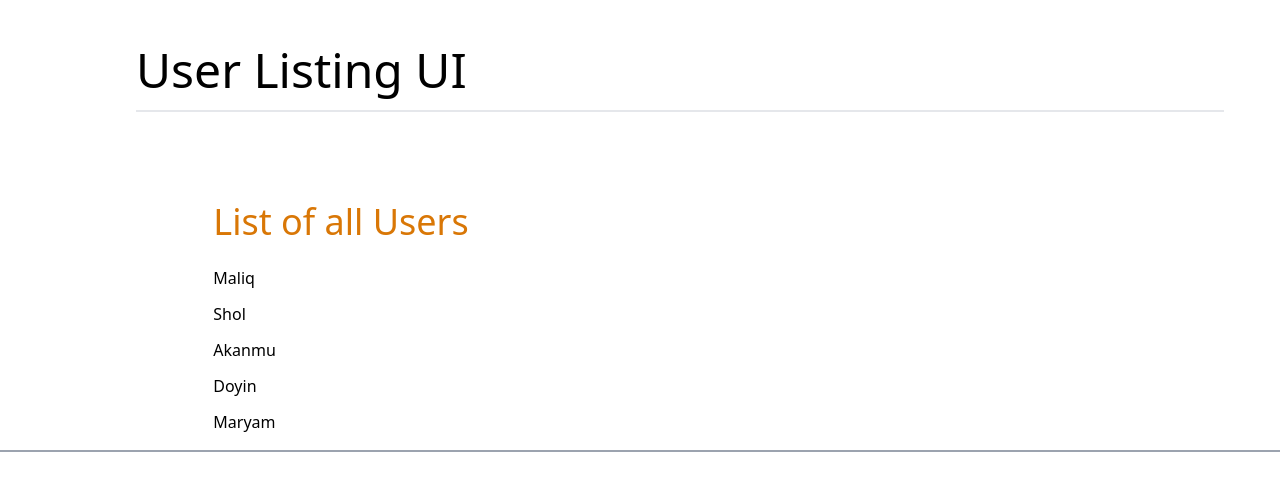
Repository: Marlstergo/listings
Page: / (app in client/)
These files come from the project's save history. The page is drawn as it stood at one moment and after the next save; the edit follows.
The browser window is 1280 px wide. The pictures show the whole page.
The project was rebuilt for these pictures with package versions that can differ from the ones it lists, and the page was loaded fresh each time. Also part of the build but not shown: client/craco.config.js, client/src/components/Loader.js, client/src/components/Order.js, client/src/components/Modal.js. Imported but missing from the stored project, and not drawn on this page: client/src/components/Base, client/src/components/Toppings.

Above is the page before, as saved 2021-07-20 23:40:13.

### client/src/index.js
/* eslint-disable no-unused-vars */
import React from "react";
import ReactDOM from "react-dom";
import "./index.css";
import App from "./App";
import reportWebVitals from "./reportWebVitals";
import { BrowserRouter } from "react-router-dom";
import { Provider } from "react-redux";
import { store } from "./redux/store";
import { PersistGate } from "redux-persist/integration/react";
import { persistor } from "./redux/store";

ReactDOM.render(
  <React.StrictMode>
    <Provider store={store}>
      <BrowserRouter>
        <PersistGate persistor={persistor}>
          <App />
        </PersistGate>
      </BrowserRouter>
    </Provider>
  </React.StrictMode>,
  document.getElementById("root")
);

// If you want to start measuring performance in your app, pass a function
// to log results (for example: reportWebVitals(console.log))
// or send to an analytics endpoint. Learn more: https://bit.ly/CRA-vitals
reportWebVitals();

### client/src/App.js
import React, { useState } from 'react';
import { Route, Switch, useLocation } from "react-router-dom";
import Header from './components/Header';
import Home from './components/Home';
import Base from './components/Base';
import Toppings from './components/Toppings';
import Order from './components/Order';
import Modal from './components/Modal';
import { AnimatePresence } from 'framer-motion';

function App() {
  const location = useLocation();
  const showModal = true;

  return (
    <>
      <Header />
      {/* <Modal showModal={showModal} /> */}
      <AnimatePresence exitBeforeEnter>
        <Switch location={location} key={location.key}>
          <Route path="/">
            <Home />
          </Route>
          <Route path="/createUpdateUser">
            <Toppings />
          </Route>
          <Route path="/order">
            <Order />
          </Route>
          <Route path="/">
            <Home />
          </Route>
        </Switch>
      </AnimatePresence>

    </>
  );
}

export default App;

### client/src/redux/store.js
import { createStore, applyMiddleware } from "redux";
import { logger } from 'redux-logger';
import {persistStore} from 'redux-persist';
// import thunk from 'redux-thunk'
import createSagaMiddleware from 'redux-saga'

import rootSaga from './root-sagas'

import rootReducer from './root-reducer';

const sagaMiddleware = createSagaMiddleware()

const middleware = [sagaMiddleware];

if( process.env.NODE_ENV === 'development'){
    middleware.push(logger)
}

export const store = createStore(rootReducer, applyMiddleware(...middleware))

sagaMiddleware.run(rootSaga)

export const persistor = persistStore(store)

export default (store, persistor);

### client/src/components/Header.js
import React from 'react';
import { motion } from 'framer-motion';

const svgVariants = {
  hidden: { rotate: -180 },
  visible: {
    rotate: 0,
    transition: { duration : 1 }
  },
}

const pathVariants = {
  hidden: {
    opacity: 0,
    pathLength: 0,
  },
  visible: {
    opacity: 1,
    pathLength: 1,
    transition: {
      duration: 2,
      ease: "easeInOut",
    }
  }
};


const Header = () => {
  return (
    <header className='flex p-14  items-center'>
      <motion.div className="logo"
        drag
        dragConstraints={{ left: 0, top: 0, right: 0, bottom: 0 }}
        dragElastic={0.7}
      >
        <motion.svg className="w-14 overflow-visible" xmlns="http://www.w3.org/2000/svg" viewBox="0 0 100 100"
          variants={svgVariants}
          initial="hidden"
          animate="visible"
        >
          <motion.path
            fill="none"
            d="M40 40 L80 40 C80 40 80 80 40 80 C40 80 0 80 0 40 C0 40 0 0 40 0Z"
            variants={pathVariants}
          />
          <motion.path
            fill="none"
            d="M50 30 L50 -10 C50 -10 90 -10 90 30 Z"
            variants={pathVariants}
          />
        </motion.svg>
      </motion.div>
      <motion.div className=" flex-grow ml-6 text-xs"
        initial={{ y: -250}}
        animate={{ y: -10 }}
        transition={{ delay: 0.2, type: 'spring', stiffness: 120 }}
      >
        <h1 className="border-b-2 pb-4 text-5xl">User Listing UI</h1>
      </motion.div>
    </header>
  )
}

export default Header;

### client/src/components/Home.js
import React from "react";
import { Link } from "react-router-dom";
import { motion } from "framer-motion";
import Loader from "./Loader";



const containerVariants = {
  hidden: {
    opacity: 0,
  },
  visible: {
    opacity: 1,
    transition: { delay: 1.5, duration: 1.5 },
  },
  exit: {
    x: "-100vh",
    transition: { ease: "easeInOut" },
  },
};
const users = ["maliq", "shol", "akanmu", "doyin", "maryam"];
const Home = () => {
  return (
    <motion.div
      className="  pb-4 mb-4 border-b-2 border-gray-400 flex flex-col items-center"
      variants={containerVariants}
      initial="hidden"
      animate="visible"
      exit="exit"
    >
      <div className="w-2/3 ">
        <h1 className="text-yellow-600 py-6 text-4xl">List of all Users</h1>
        <ul className="pl-[15px] space-y-3 capitalize ">
          {users.map(
            (user , idx) => (
              <li key={idx}>{user}</li>
            )
          )}

        </ul>
        {/* <table className="min-w-full divide-y divide-gray-200">
          <thead>
            <tr>
              <th className="px-6 py-3 bg-gray-50 text-left text-xs font-medium text-gray-500 uppercase tracking-wider">
                Transaction
              </th>
              <th className="px-6 py-3 bg-gray-50 text-right text-xs font-medium text-gray-500 uppercase tracking-wider">
                Amount
              </th>
              <th className="hidden px-6 py-3 bg-gray-50 text-left text-xs font-medium text-gray-500 uppercase tracking-wider md:block">
                Status
              </th>
              <th className="px-6 py-3 bg-gray-50 text-right text-xs font-medium text-gray-500 uppercase tracking-wider">
                Date
              </th>
            </tr>
          </thead>
        </table> */}
      </div>
    </motion.div>
  );
};

export default Home;

### client/src/redux/root-sagas.js
import {all, call} from 'redux-saga/effects'
import {userSagas} from './user/user.sagas'


export default function* rootSaga(){
    yield all([
        call(userSagas),
    ])
}

### client/src/redux/root-reducer.js
import {combineReducers} from 'redux'
import userReducer from './user/user.reducer'
// import cartReducer from './cart/cart.reducer'
import {persistReducer} from 'redux-persist'
import storage from 'redux-persist/lib/storage'
// import directoryReducer from './directory/directory.reducer'
// import shopReducer from './shop/shop.reducer'

const persistConfig ={
    key: 'root',
    storage,
    whitelist: ['' ]
}
const rootReducer = combineReducers({
    user: userReducer,

})
export default persistReducer(persistConfig, rootReducer)

### client/src/redux/user/user.sagas.js
import { all, call, put, takeLatest } from "redux-saga/effects";

import UserActionTypes from "./user.types";
import { loadUserDetail } from "./user.action";
// import axios from "axios";
// import { getUserDetailsURL } from "../../components/stringConstants";

export function* getDetails() {
  yield console.log("i fired");

  // try {
  //   console.log("inside try");

  //   const res = yield axios.get(getUserDetailsURL);
  //   const data = yield res.data;
  //   console.log(res);
  //   yield put(loadUserDetail(data ? data.data[0] : {}));
  // } catch (err) {
  //   console.log(err.response);
  //   if (err.response && err.response.statusText === "Not Found") {
  //     // console.log("");
  //     window.location.href = "/profile/settings?newUser=0837";
  //   }
  // }
}

export function* getUserDetails() {
  yield takeLatest(UserActionTypes.GET_USER_DETAIL, getDetails);
}
// export function* loadUserDetails(){
//     yield takeLatest(UserActionTypes.LOAD_USER_DETAIL, loadDetails)
// }

export function* userSagas() {
  yield all([call(getUserDetails)]);
}

### client/src/redux/user/user.reducer.js
import UserActionTypes from "./user.types";
const INITIAL_STATE = {
  // currentUser: null,
  userDetail: {},
  demo: 'i am demo',
  location: null

};
const userReducer = (state = INITIAL_STATE, action) => {
  switch (action.type) {

    case UserActionTypes.LOAD_USER_DETAIL:
      return {
        ...state,
        userDetail: action.payload,
      };

    case UserActionTypes.COLLECT_GEOLOCATION:
      return {
        ...state,
        location: action.payload
      }
    default:
      return state;
  }
};

export default userReducer;

### client/src/redux/user/user.types.js
const UserActionTypes ={
    GOOGLE_SIGN_IN_START : 'GOOGLE_SIGN_IN_START',
    SIGN_IN_SUCCESS : 'SIGN_IN_SUCCESS',
    SIGN_IN_FAILURE : 'SIGN_IN_FAILURE',
    GET_USER_DETAIL: 'GET_USER_DETAIL',
    LOAD_USER_DETAIL: 'LOAD_USER_DETAIL',
    COLLECT_GEOLOCATION: 'COLLECT_GEOLOCATION',
    FETCH_GEOLOCATION: 'FETCH_GEOLOCATION'
}
export default UserActionTypes;

### client/src/redux/user/user.action.js
import UserActionTypes from './user.types'



// export const googleSignInStart = () => ({
//     type: UserActionTypes.GOOGLE_SIGN_IN_START
// })

// export const signInSuccess = (user) => ({
//     type: UserActionTypes.SIGN_IN_SUCCESS,
//     payload: user
// })

export const getUserDetail = () => ({
    type: UserActionTypes.GET_USER_DETAIL,

})
export const loadUserDetail = (details) => ({
    type: UserActionTypes.LOAD_USER_DETAIL,
    payload: details
})

export const fetchGeoloction = () => ({
    type: UserActionTypes.FETCH_GEOLOCATION
})
export const collectGeolocation = (location) => ({
    type: UserActionTypes.COLLECT_GEOLOCATION,
    payload: location
})
// })

### client/tailwind.config.js
  // tailwind.config.js
  module.exports = {
    // mode:'jit',
    purge: ['./src/**/*.{js,jsx,ts,tsx}', './public/index.html'],
     darkMode: false, // or 'media' or 'class'
     theme: {
       extend: {},
     },
     variants: {
       extend: {},
     },
     plugins: [],
   }

Loaded but not shown: client/public/index.html (common file); client/src/index.css (common file); client/src/reportWebVitals.js (common file)

After the next save:
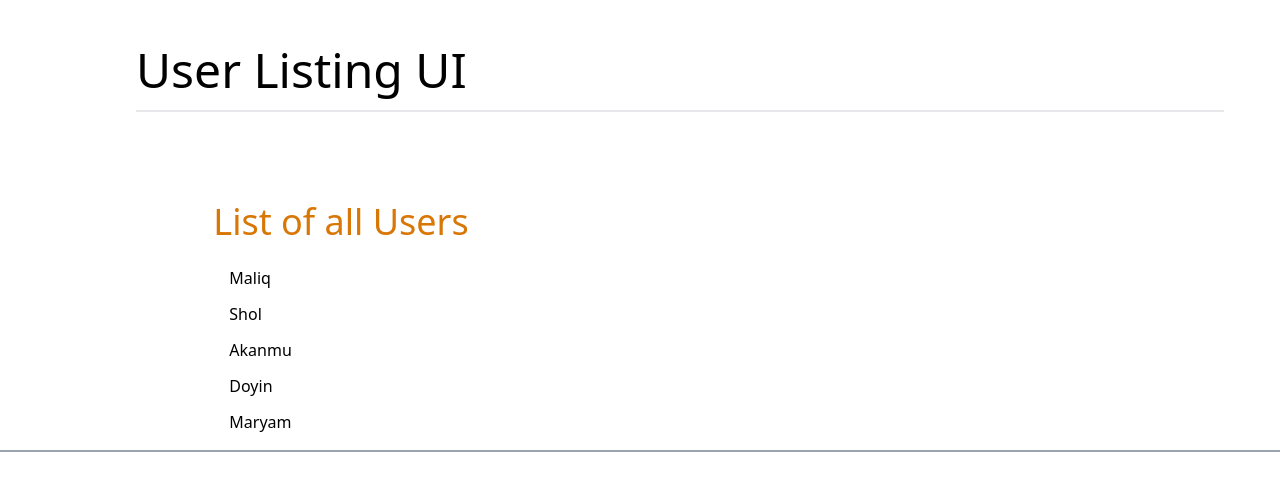
Saved 6 s later.
--- a/client/src/components/Home.js
+++ b/client/src/components/Home.js
@@ -30,7 +30,7 @@ const Home = () => {
     >
       <div className="w-2/3 ">
         <h1 className="text-yellow-600 py-6 text-4xl">List of all Users</h1>
-        <ul className="pl-[15px] space-y-3 capitalize ">
+        <ul className="pl-4 space-y-3 capitalize ">
           {users.map(
             (user , idx) => (
               <li key={idx}>{user}</li>
